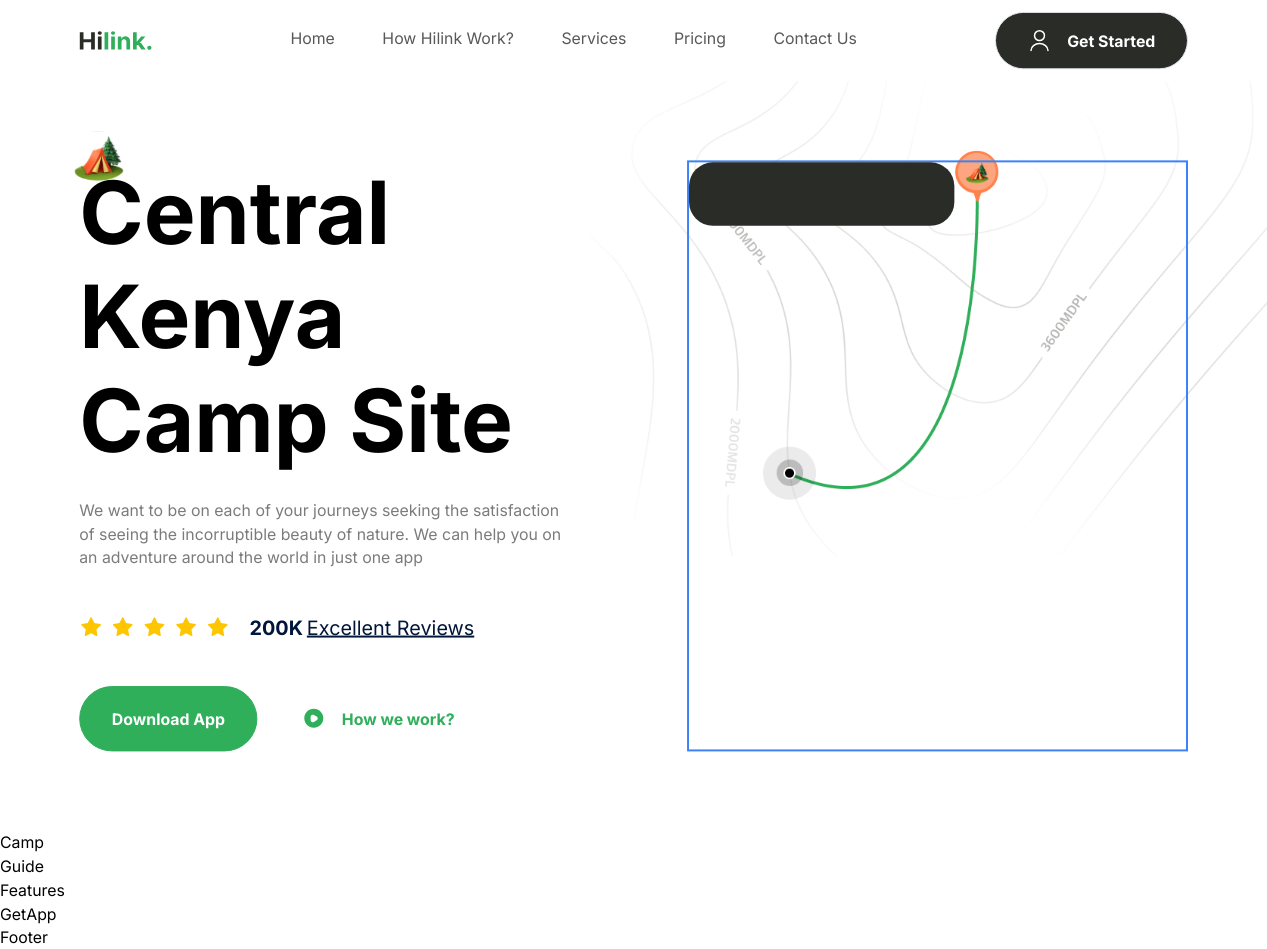
Repository: martin-raphael/travel_agency
Page: /
The author's editor kept a copy of each file at every save. The page is drawn from the files as they stood at one save, then again after the next save.
The browser window is 1280 px wide. The pictures show the whole page, at 99% of full size.
The project was rebuilt for these pictures with package versions that can differ from the ones it lists, and the page was loaded fresh each time. The framework's server and built-in components were replaced by stand-ins that run in the browser. Also part of the build but not shown: next.config.mjs.

Above is the page before, as saved 2024-08-08 18:44:22.

After the next save:
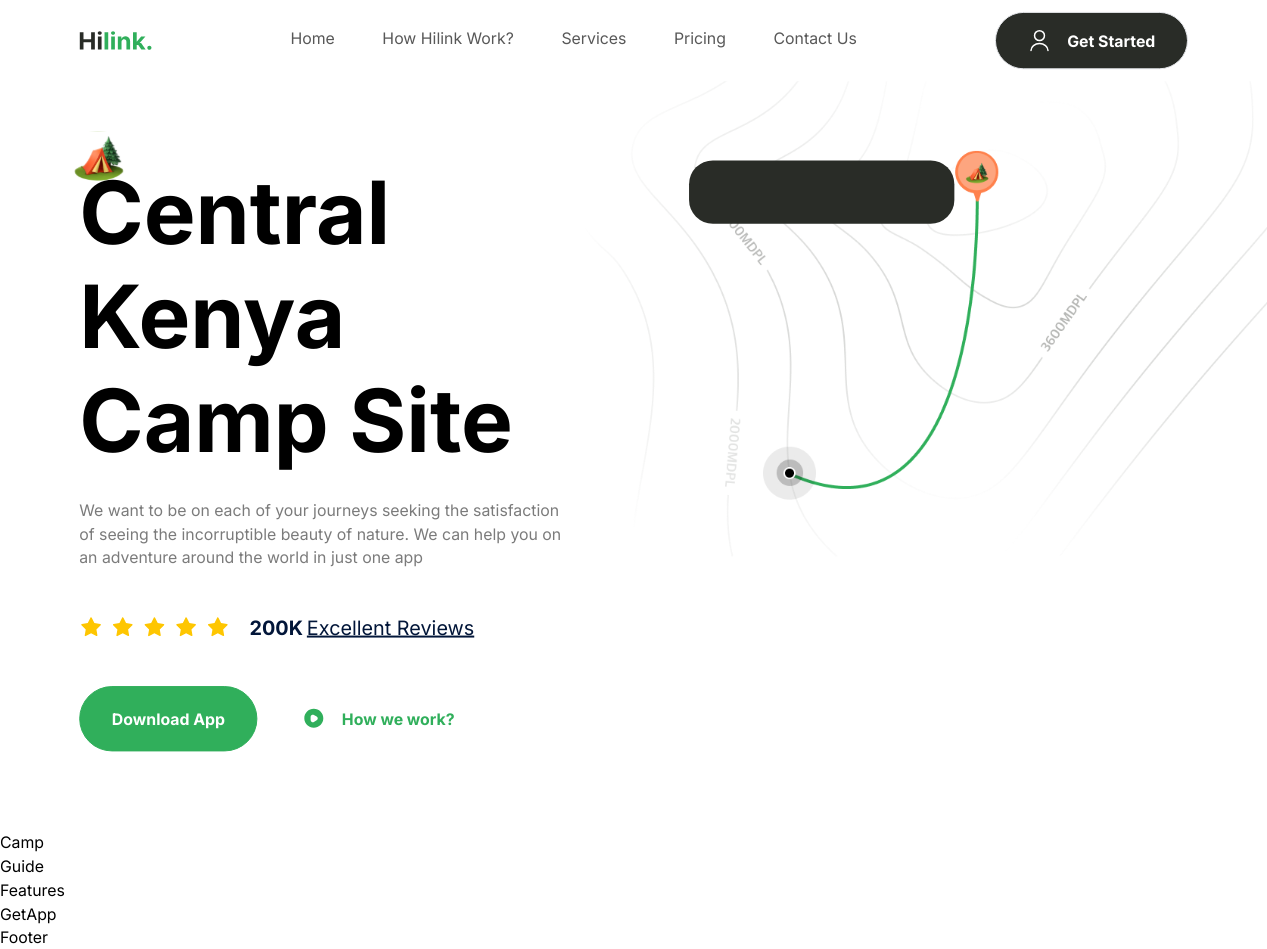
Saved 22 s later.
--- a/components/Hero.tsx
+++ b/components/Hero.tsx
@@ -61,7 +61,7 @@ const Hero = () => {
         </div>
       </div>
 
-      <div className="relative flex flex-1 items-start border-2 border-blue-500">
+      <div className="relative flex flex-1 items-start">
         <div className="relative z-20 w-[268px] flex-col gap-8 rounded-3xl bg-green-90 px-7 py-8">
 
         </div>
